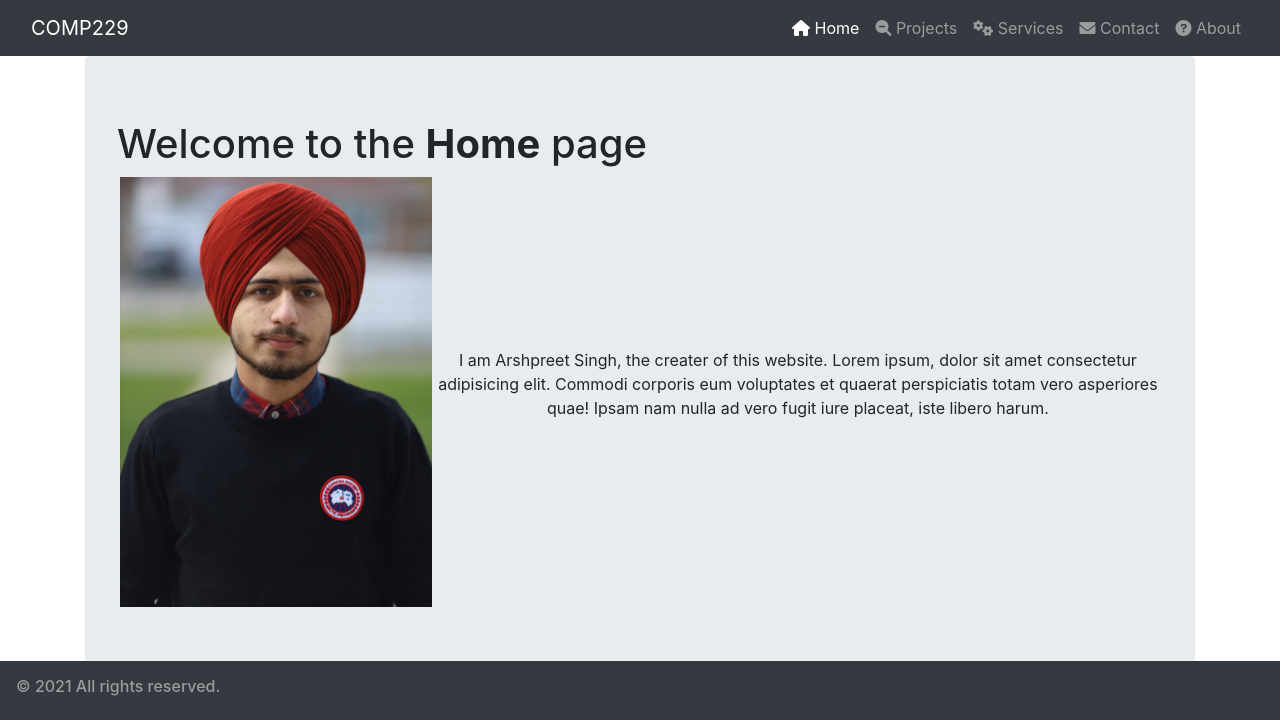
Repository: arsh16/week3_demo2
Page: http://localhost/
The author's editor kept a copy of each file at every save. The page is drawn from the files as they stood at one save, then again after a run of saves.
The browser window is 1280 px wide. The pictures show the whole page.
Some web libraries are served in a nearby version. The page is served by the project's Node server (server.js).

Above is the page before, as saved 2021-09-30 17:53:48.

After the next 2 saves:
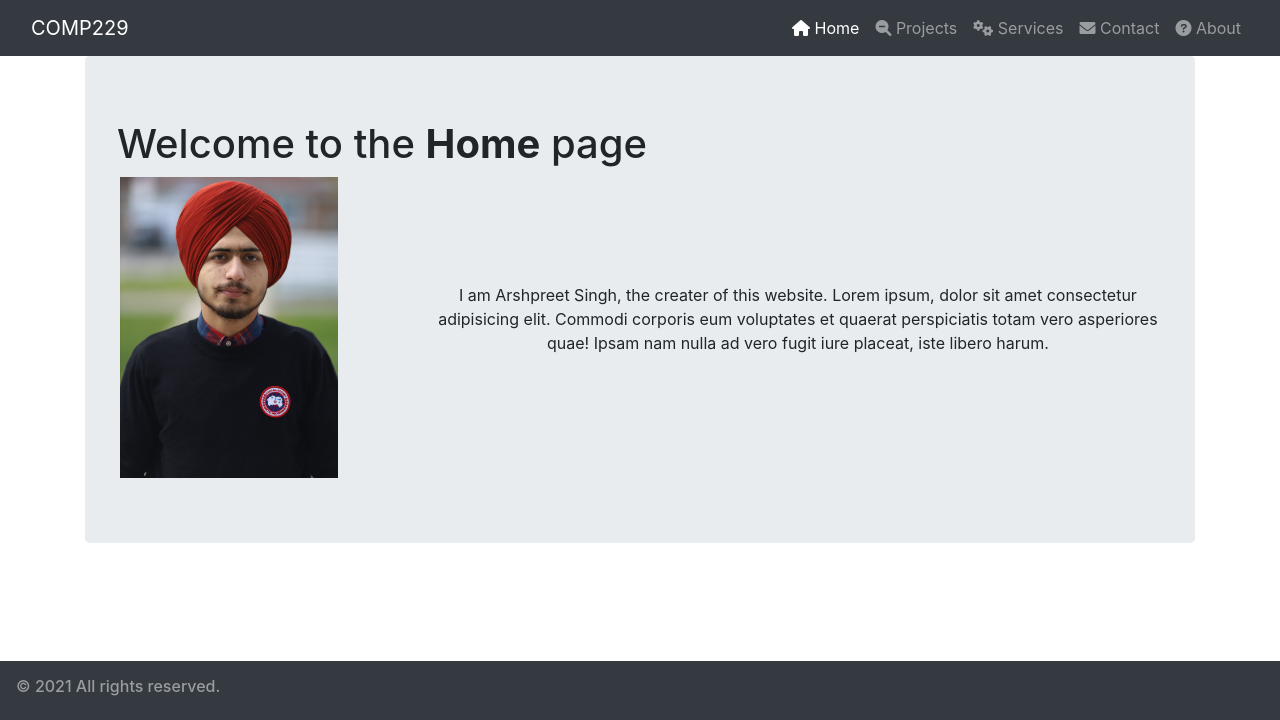
The 2 saves are shown as one change because they came seconds apart.
The last was saved 13 s later.
--- a/views/contents/home.ejs
+++ b/views/contents/home.ejs
@@ -1,7 +1,7 @@
 <table>
     <th>
         <td style="width: 30%">
-            <img src="\Assets\images\arsh.jpg" width="100%" >
+            <img src="\Assets\images\arsh.jpg" width="70%" >
         </td>
         <td>
             <p style="text-align: center;">I am Arshpreet Singh, the creater of this website. Lorem ipsum, dolor sit amet consectetur adipisicing elit. Commodi corporis eum voluptates et quaerat perspiciatis totam vero asperiores quae! Ipsam nam nulla ad vero fugit iure placeat, iste libero harum. </p>
